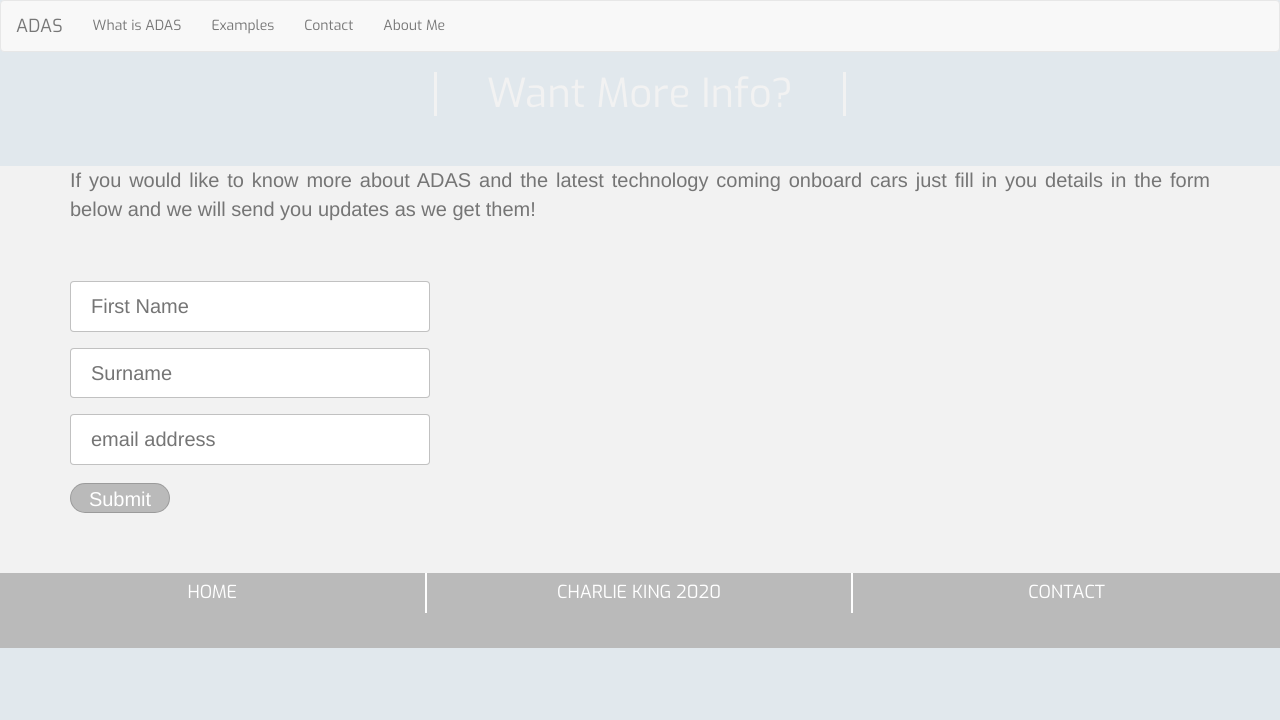
Repository: Cha-K28/First-Milestone-Project
Page: contact.html
The author's editor kept a record of every edit. The page is drawn from the files as they stood at one moment, then again after the next edit.
The browser window is 1280 px wide. The pictures show the whole page.

Above is the page before.

After the next edit:
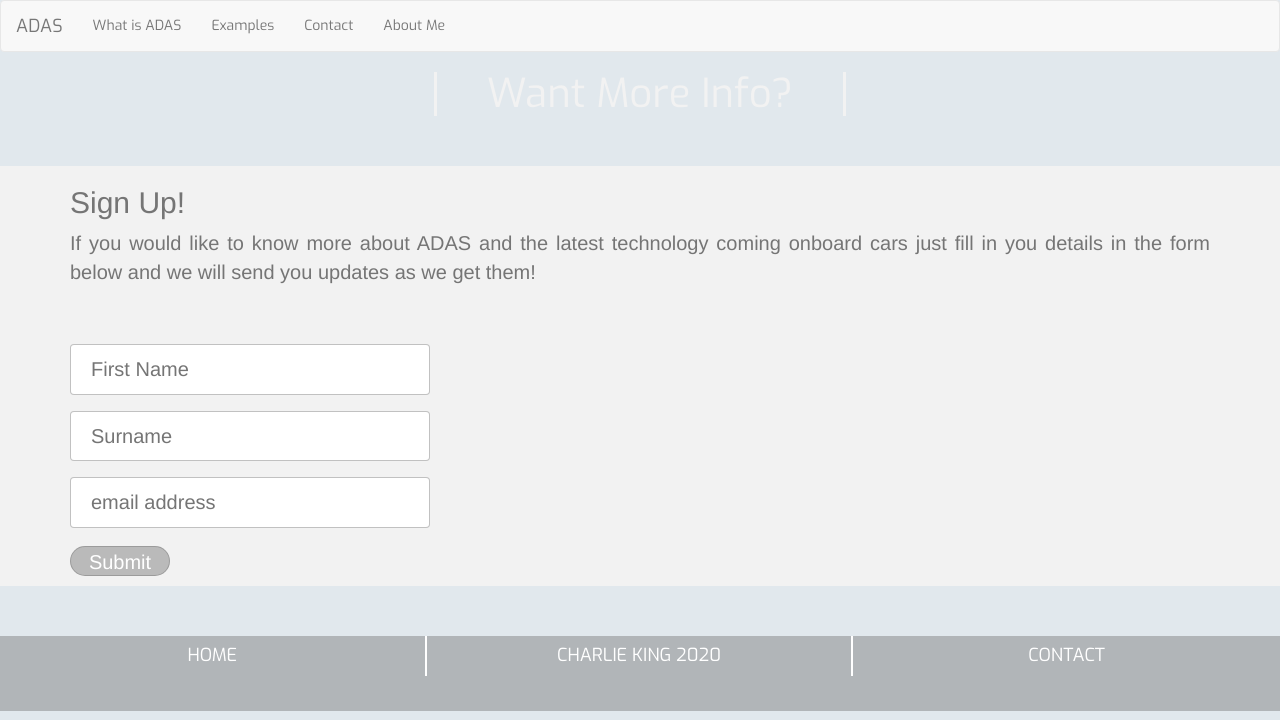
The edit:
--- a/contact.html
+++ b/contact.html
@@ -44,27 +44,30 @@
 
     <div class="bright_background">
 
-    <div class="container">
+        <div class="container">
+
+            <h2>Sign Up!</h2>
 
 
-        <p>
-            If you would like to know more about ADAS and the latest technology coming onboard cars just fill in you details in the form below and we will send you updates as we get them!
-        </p>
+            <p>
+                If you would like to know more about ADAS and the latest technology coming onboard cars just fill in you details in the form below and we will send you updates as we get them!
+            </p>
 
-        <div class="row">
+            <div class="row">
 
-            <div class="col-md-4">
-                <form>
-                    <input type="text" name="first_name" placeholder="First Name" />
-                    <input type="text" name="surname" placeholder="Surname" />
-                    <input type="email" name="email" placeholder="email address">
-                    <input type="submit" value="Submit" />
-                </form>
+                <div class="col-md-4">
+                    <form>
+                        <input type="text" name="first_name" placeholder="First Name" />
+                        <input type="text" name="surname" placeholder="Surname" />
+                        <input type="email" name="email" placeholder="email address">
+                        <input type="submit" value="Submit" />
+                    </form>
+                </div>
+
             </div>
 
+
         </div>
-
-
     </div>
 
 
